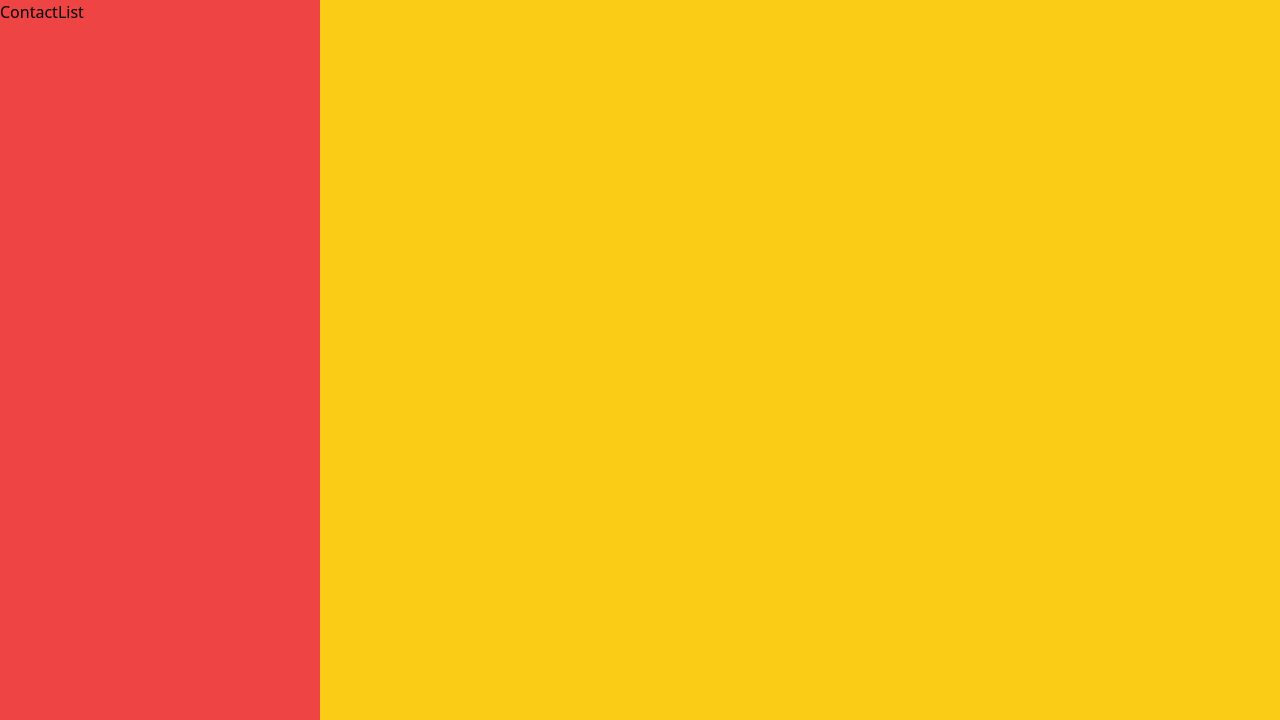
Repository: theanmol-raj/whatsapp
Page: /
These files come from the project's save history. The page is drawn as it stood at one moment and after the next save; the edit follows.
The browser window is 1280 px wide. The pictures show the whole page.
The project was rebuilt for these pictures with package versions that can differ from the ones it lists, and the page was loaded fresh each time.

Above is the page before, as saved 2022-12-02 22:14:56.

After the next save:
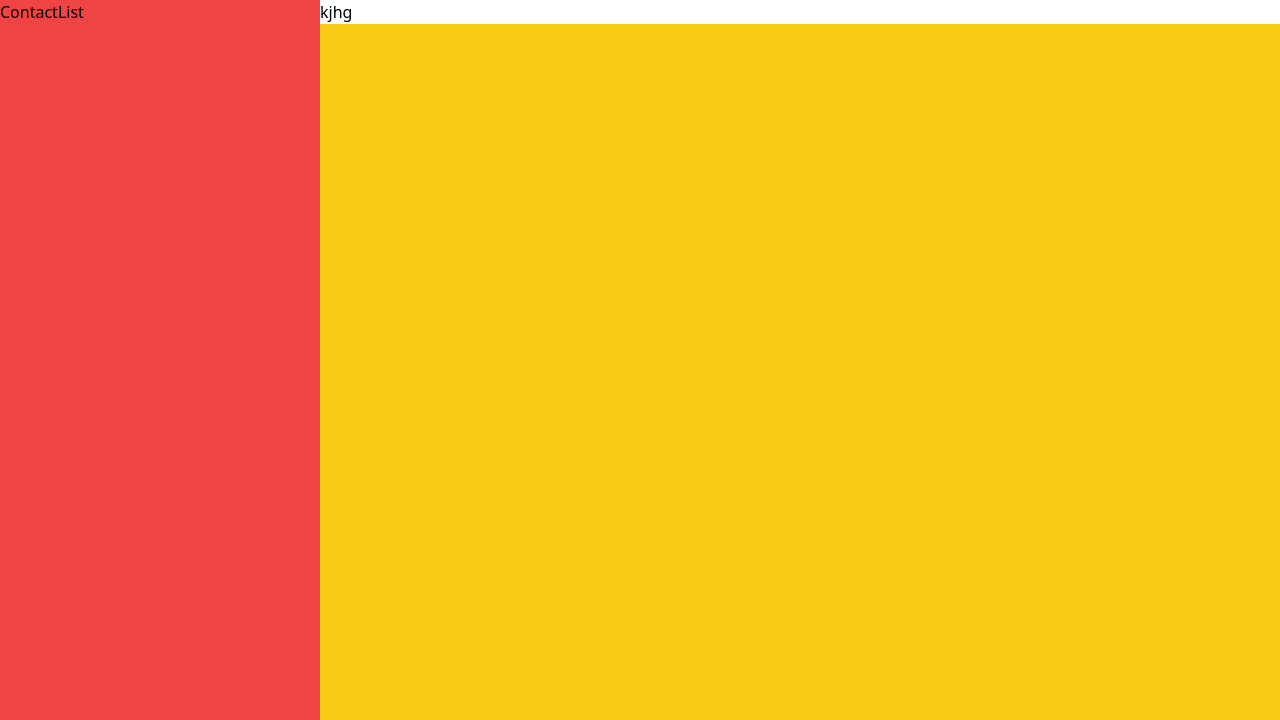
Saved 7 s later.
--- a/src/Components/ChatScreen.jsx
+++ b/src/Components/ChatScreen.jsx
@@ -3,8 +3,8 @@ import React from 'react'
 function ChatScreen() {
   return (
     <div className=' bg-yellow-400 col-span-3 relative'>
-        <div className=' w-full bg-white absolute top-0'>
-
+        <div className=' w-full bg-white sticky top-0'>
+                kjhg
         </div>
         <div className=' w-full bg-green-400'>
 
